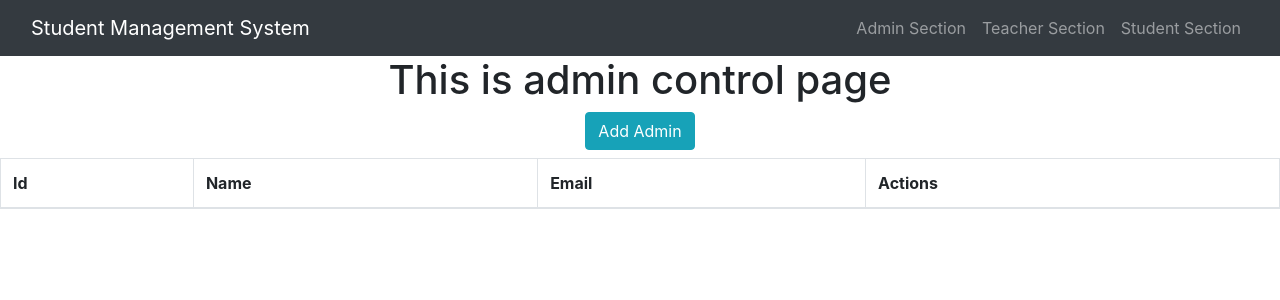
Repository: arupmaji404/StudentManagementSystem
Page: http://localhost/admin/admincontrol
These files come from the project's save history. The page is drawn as it stood at one moment and after the next save; the edit follows.
The browser window is 1280 px wide. The pictures show the whole page.
The page is this project's Thymeleaf template; nobody is signed in. The template is opened directly, without the code that normally fills it, so the values that code supplies are empty.

Above is the page before, as saved 2022-09-20 07:06:15.

### StudentManagementSystem/src/main/resources/templates/admin/admincontrol.html

<!DOCTYPE html>
<html lang="en" xmlns:th="http://www.thymeleaf.org">
<head>
<meta charset="ISO-8859-1">
<title>SMS</title>
<link rel="stylesheet"
	href="https://stackpath.bootstrapcdn.com/bootstrap/4.1.3/css/bootstrap.min.css"
	integrity="sha384-MCw98/SFnGE8fJT3GXwEOngsV7Zt27NXFoaoApmYm81iuXoPkFOJwJ8ERdknLPMO"
	crossorigin="anonymous">
</head>
<body>
	<div th:insert="navbar :: navbar"></div>
	<div class="text-center mb-2">
		<h1>This is admin control page</h1>

		<a th:href="@{/admin/addAdminForm}" class="btn btn-info">Add Admin</a>
	</div>
	<table class="table table-bordered table-striped" style="border:1px solid black;margin-left:auto;margin-right:auto;">
		<thead>
			<tr>
				<th>Id</th>
				<th>Name</th>
				<th>Email</th>
				<th>Actions</th>
			</tr>
		</thead>
		<tbody>
			<tr th:if="${admins.empty}">
				<td colspan="4">No Users Available</td>
			</tr>
			<tr th:each="admin : ${admins}">
				<td><span th:text="${admin.id}"> Id </span></td>
				<td><span th:text="${admin.name}"> Name </span></td>
				<td><span th:text="${admin.email}"> Email </span></td>
				<td><a th:href="@{/admin/showAdminUpdateForm(adminId=${admin.id})}"
					class="btn btn-info">Update</a> <a
					th:href="@{/admin/deleteAdmin(adminId=${admin.id})}"
					class="btn btn-danger m1-2">Delete</a></td>
			</tr>
		</tbody>
	</table>
</body>
</html>

### StudentManagementSystem/src/main/resources/templates/navbar.html
<!DOCTYPE html>
<html xmlns:th="http://www.thymeleaf.org">
<head>
    <meta charset="UTF-8">
    <title>NavigationBar</title>

</head>
<body>

<nav th:fragment="navbar" class="navbar navbar-expand-md bg-dark navbar-dark">
    <div class="container-fluid">
        <div class="navbar-header">
            <a class="navbar-brand" th:href="@{/admin/adminIndex}">Student Management System</a>
        </div>
        <ul class="nav navbar-nav">
            <li><a class="nav-link" th:href="@{/admin/admin-control}">Admin Section</a></li>

            <li><a class="nav-link" th:href="@{/admin/teacher-control}">Teacher Section</a></li>

            <li><a class="nav-link" th:href="@{/admin/student-control}">Student Section</a></li>
        </ul>
    </div>
</nav>

</body>
</html>

After the next save:
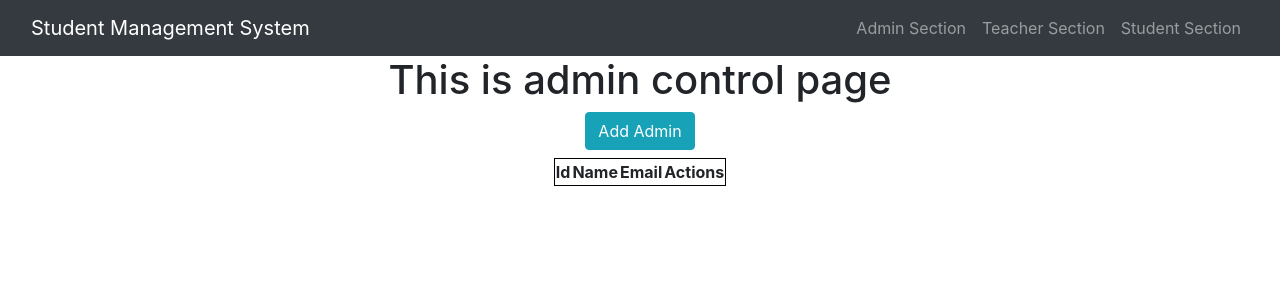
Saved 51 s later.
--- a/StudentManagementSystem/src/main/resources/templates/admin/admincontrol.html
+++ b/StudentManagementSystem/src/main/resources/templates/admin/admincontrol.html
@@ -16,7 +16,7 @@
 
 		<a th:href="@{/admin/addAdminForm}" class="btn btn-info">Add Admin</a>
 	</div>
-	<table class="table table-bordered table-striped" style="border:1px solid black;margin-left:auto;margin-right:auto;">
+	<table  style="border:1px solid black;margin-left:auto;margin-right:auto;">
 		<thead>
 			<tr>
 				<th>Id</th>

After the save that followed:
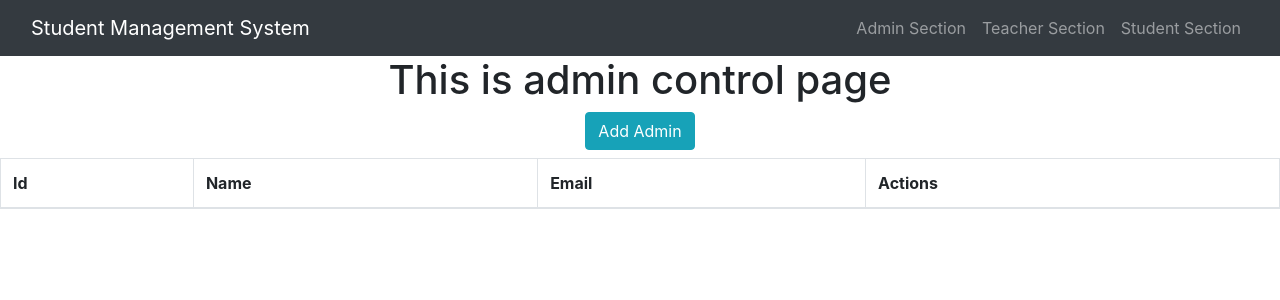
Saved 37 s later.
--- a/StudentManagementSystem/src/main/resources/templates/admin/admincontrol.html
+++ b/StudentManagementSystem/src/main/resources/templates/admin/admincontrol.html
@@ -16,7 +16,7 @@
 
 		<a th:href="@{/admin/addAdminForm}" class="btn btn-info">Add Admin</a>
 	</div>
-	<table  style="border:1px solid black;margin-left:auto;margin-right:auto;">
+	<table class="table table-bordered table-striped">
 		<thead>
 			<tr>
 				<th>Id</th>
